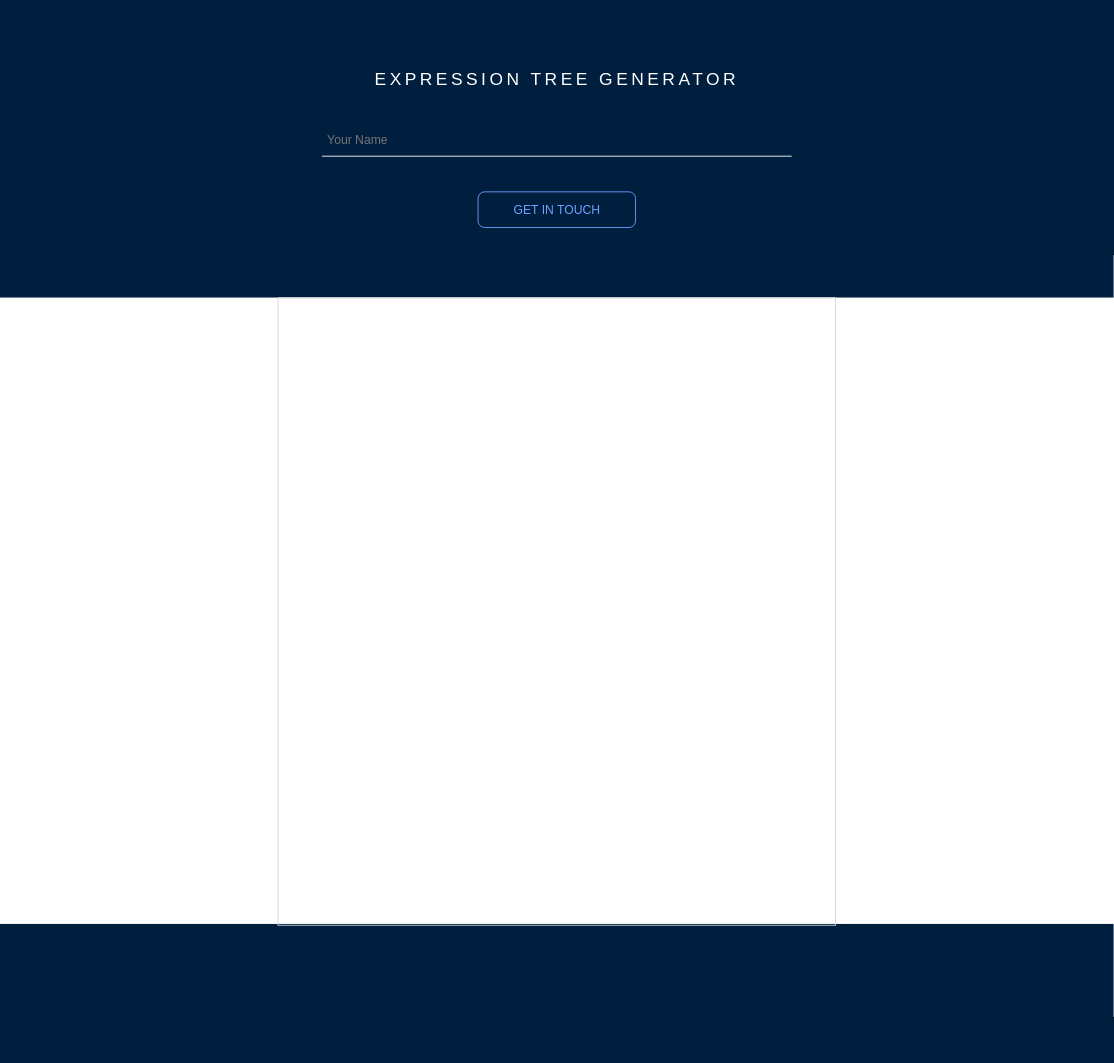
Repository: lnogueir/expression-tree-gen
Page: index.html
These files come from the project's save history. The page is drawn as it stood at one moment and after the next save; the edit follows.
The browser window is 1280 px wide. The page is 1280 px wide, then 1281 px, so the pictures cover 1281 px, including what lies to the right of the window. The pictures show the whole page, at 87% of full size.

Above is the page before, as saved 2020-03-15 19:16:22.

### index.html
<!DOCTYPE html>
<html lang="en">

<head>
    <meta charset="UTF-8">
    <meta name="viewport" content="width=device-width, initial-scale=1.0">
    <title>Canvas</title>
    <link rel="stylesheet" href="app.css">
</head>

<body>

    <div class="contact-section">
        <div class="inner-width">
          <h1>Expression Tree Generator</h1>
          <input type="text" class="name" id = 'expression-input' placeholder="Your Name">
          <button id="generate-tree">Get in touch</button>
        </div>
      </div>

    <div id="canvas-container">
        <canvas></canvas>
    </div>

    <div class="ending-section">

    </div>

</body>
<script src="https://ajax.googleapis.com/ajax/libs/jquery/3.4.1/jquery.min.js"></script>
<script src="https://cdnjs.cloudflare.com/ajax/libs/mathjs/6.6.1/math.min.js"></script>
<script src="tree.js"></script>
<script src="infixToPostfix.js"></script>
<script src="canvas.js"></script>

</html>

### app.css
*{
    margin: 0;
    padding: 0;
    box-sizing: border-box;
    font-family: "montserrat",sans-serif;
  }
  .contact-section{
    background: #001f3f;
    padding: 80px 0;
    text-align: center;
  }

  .inner-width{
    max-width: 600px;
    margin: auto;
    padding: 0 20px;
  }

  .contact-section h1{
    font-size: 20px;
    color: #FFF;
    margin-bottom: 40px;
    text-transform: uppercase;
    letter-spacing: 4px;
    font-weight: 400;
  }

  .name,.email,.message{
    background: none;
    border:none;
    outline: none;
    border-bottom: 1px solid;
    color: #FFF;
    padding: 10px 6px;
    font-size: 14px;
    margin-bottom: 40px;
  }

  .name{
    float: center;
    width: 540px;
  }

  .contact-section button{
      outline: none;
    background: none;
    color: #70a1ff;
    border: 1px solid #70a1ff;
    padding: 12px 40px;
    border-radius: 8px;
    text-transform: uppercase;
    font-size: 14px;
    transition: 0.4s linear;
    cursor: pointer;
  }

  .contact-section button:hover{
    background: #70a1ff;
    color: #fff;
  }

  .ending-section{
    background: #001f3f;
    padding: 80px 0;
    text-align: center;
  }


  @media screen and (max-width:600px){
    .name,.email{
      width: 100%;
    }
  }

#canvas-container{
    outline: none;
    border: none;
    display: flex;
    flex-direction: column;
    align-items: center;
    margin: auto;
    height: 100vh;
    width: 50vw;
    background: #FFF;
}

canvas{
    border: 1px solid lightgray;
}

### tree.js
function Node(value) {
    const radius = 32.5
    this.value = value;
    this.x = null;
    this.y = null;
    this.right = null;
    this.left = null;

    this.isLeaf = () => this.right == null && this.left == null;

    this.drawEdge = function (context, x, y, left_way) {
        context.strokeStyle = 'gray';
        context.beginPath()
        const x_y_ratio = Math.abs(this.y - y) / Math.abs(this.x - x)
        const w = radius * Math.sqrt(1 / (1 + Math.pow(x_y_ratio, 2)))
        const d = x_y_ratio * w
        if (left_way) {
            context.moveTo(this.x - w, this.y + d)
            context.lineTo(x + w, y - d)
        } else {
            context.moveTo(this.x + w, this.y + d)
            context.lineTo(x - w, y - d)
        }

        context.stroke()
    }

    this.draw = function (context) {
        context.beginPath()
        context.arc(this.x, this.y, radius, 0, Math.PI * 2, false)
        context.fillStyle = 'rgba(255, 255, 255, 0.5)'
        context.fill()
        context.strokeStyle = 'black'
        context.stroke()
        context.font = '25px Times New Roman'
        context.textAlign = 'center'
        context.textBaseline = 'middle'
        context.fillStyle = "black";
        context.fillText(this.value, this.x, this.y);
    }
}

function constructTree(postfix) {
    const OPERATORS = ['*', '/', '-', '+']
    var stack = []
    var root = null;
    var current;
    var shift = false;
    for (var i = postfix.length - 1; i >= 0; i--) {
        if (null === root) {
            current = new Node(postfix[i]);
            root = current;
        } else {
            if (shift) {
                current.left = new Node(postfix[i])
                current = current.left
                shift = false
            } else {
                current.right = new Node(postfix[i])
                current = current.right
            }
        }
        if (OPERATORS.includes(postfix[i])) {
            stack.push(current);
        } else {
            current = stack.pop();
            shift = true
        }
    }
    return root;
}

function getSize(root) {
    var size = 0
    function countSize(root) {
        if (null != root) {
            size++;
            countSize(root.left)
            countSize(root.right)
        }
    }
    countSize(root);
    return size;
}

function print_coords(root) {
    if (null != root) {
        print_coords(root.left)
        console.log(root.value, root.x, root.y)
        print_coords(root.right)
    }
}

function setCoordinates(root) {
    var i = 0
    const OFFSET = 50
    const size = getSize(root)
    const canvas_mid_point = window.innerWidth / 2;
    function setCoordinates(subt, depth) {
        if (null != subt) {
            setCoordinates(subt.left, depth + 1)
            subt.x = canvas_mid_point + (OFFSET * (i - size / 2))
            subt.y = OFFSET + (depth * 1.5 * OFFSET)
            i++
            setCoordinates(subt.right, depth + 1)
        }
    }
    setCoordinates(root, 0)
}

function drawTree(root, context) {
    if (null != root) {
        root.draw(context)
        if (null != root.left) {
            root.drawEdge(context, root.left.x, root.left.y, true);
        }
        drawTree(root.left, context)
        if (null != root.right) {
            root.drawEdge(context, root.right.x, root.right.y, false)
        }
        drawTree(root.right, context)
    }
}

### infixToPostfix.js
function isBracketed(expr) {
  var stack = []
  for (var i = 0; i < expr.length; i++) {
    if ('(' === expr[i]) {
      stack.push('(')
    } else if (')' === expr[i]) {
      stack.pop()
      if (stack.length === 0) {
        if (i !== expr.length - 1) {
          return false
        } else {
          return true
        }
      }
    }
  }
  return false;
}

function isValidExpression(expr) {
  if (expr.length < 3) {
    return false;
  }
  for (var i = 0; i < expr.length; i++) {
    if ('abcdefghijklmnopqrstuvwxyz*()/+-'.indexOf(expr[i]) === -1) {
      return false;
    }
  }
  try {
    while ("(" === expr[0] && ")" === expr[expr.length - 1]) {
      if (isBracketed(expr)) {
        expr = expr.substring(1, expr.length - 1);
      } else break;
    }
    var res = math.parse(expr);
    if ((typeof res.implicit === 'undefined') || res.fn.indexOf('unary') !== -1) {
      return false;
    }
    return true;
  }
  catch (ex) {
    return false;
  }
}

function infixToPostfix(expression) {
  if (!isValidExpression(expression)) {
    return null;
  }
  const prec = { "*": 3, "/": 3, "-": 2, "+": 2, "(": 1 }
  op_stack = []
  postfixList = []
  tokens = expression.split('')
  for (const token of tokens) {
    if ("abcdefghijklmnopqrstuvwxyz".indexOf(token) !== -1) {
      postfixList.push(token)
    } else if ("(" === token) {
      op_stack.push(token)
    } else if (")" === token) {
      var top_op_token = op_stack.pop()
      while (top_op_token !== '(') {
        postfixList.push(top_op_token)
        top_op_token = op_stack.pop()
      }
    } else {
      var peek_elem = op_stack.slice(-1)[0];
      while (op_stack.length > 0 && (prec[peek_elem] >= prec[token])) {
        postfixList.push(op_stack.pop())
        peek_elem = op_stack.slice(-1)[0];
      }
      op_stack.push(token)
    }
  }
  while (op_stack.length > 0) {
    postfixList.push(op_stack.pop())
  }
  return postfixList
}

### canvas.js
var canvas = document.querySelector('canvas')

canvas.height = document.getElementById('canvas-container').offsetHeight;
canvas.width = document.getElementById('canvas-container').offsetWidth;

var c = canvas.getContext('2d')

$('#generate-tree').click(() => {
    var expression = $('#expression-input').val()
    if (typeof expression !== 'undefined' && null != expression) {
        expression = expression.replace(/\s+/g, '')
        expression = expression.toLowerCase()
        var postfix = infixToPostfix(expression);
        if (null !== postfix) {
            var root = constructTree(postfix)
            setCoordinates(root)
            c.clearRect(0, 0, canvas.width, canvas.height);
            drawTree(root, c)
        } else {
            alert('Enter valid expression')
        }

    } else {
        alert('Enter valid expression')
    }
})

After the next save:
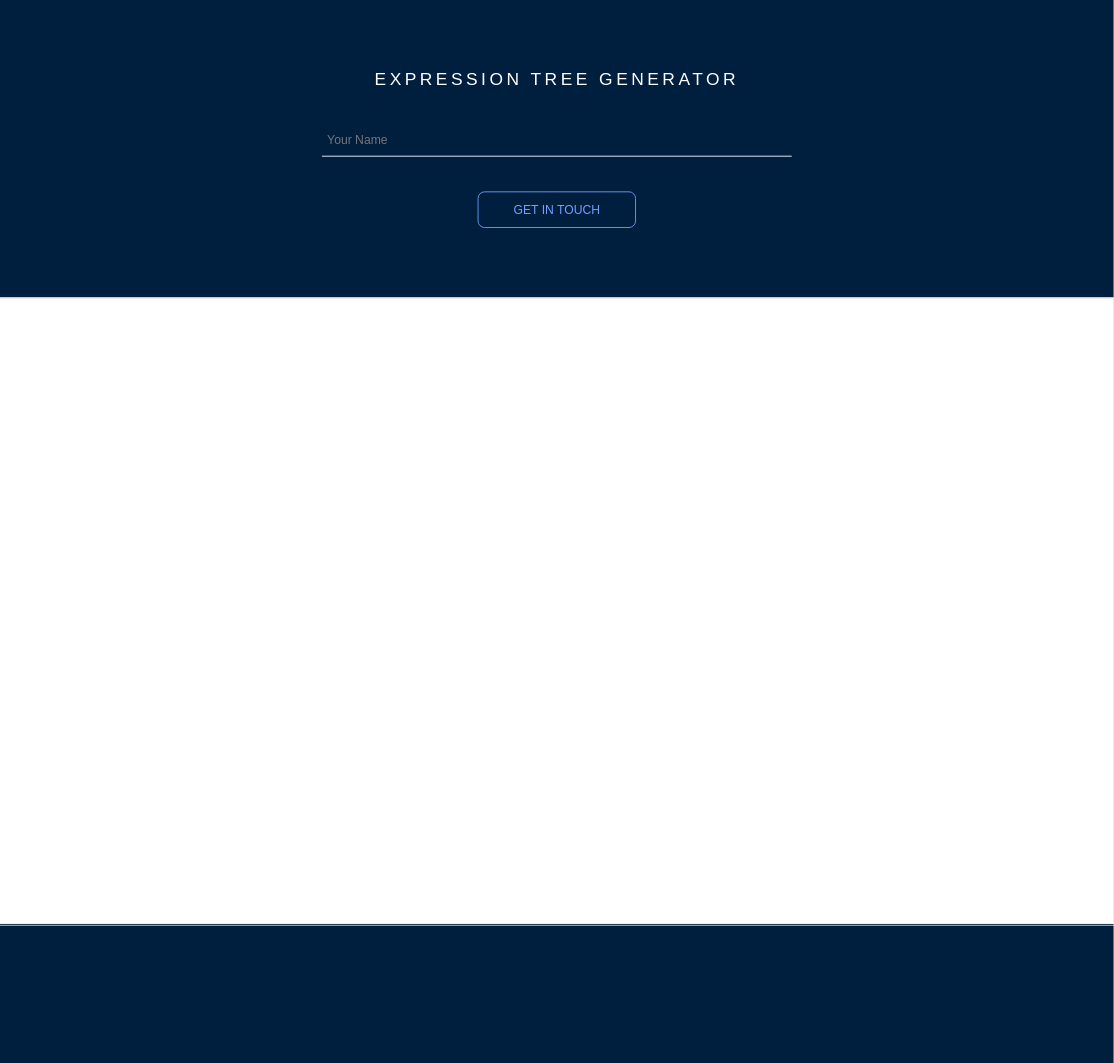
Saved 7 s later.
--- a/app.css
+++ b/app.css
@@ -80,7 +80,7 @@
     align-items: center;
     margin: auto;
     height: 100vh;
-    width: 50vw;
+    width: 100vw;
     background: #FFF;
 }
 
